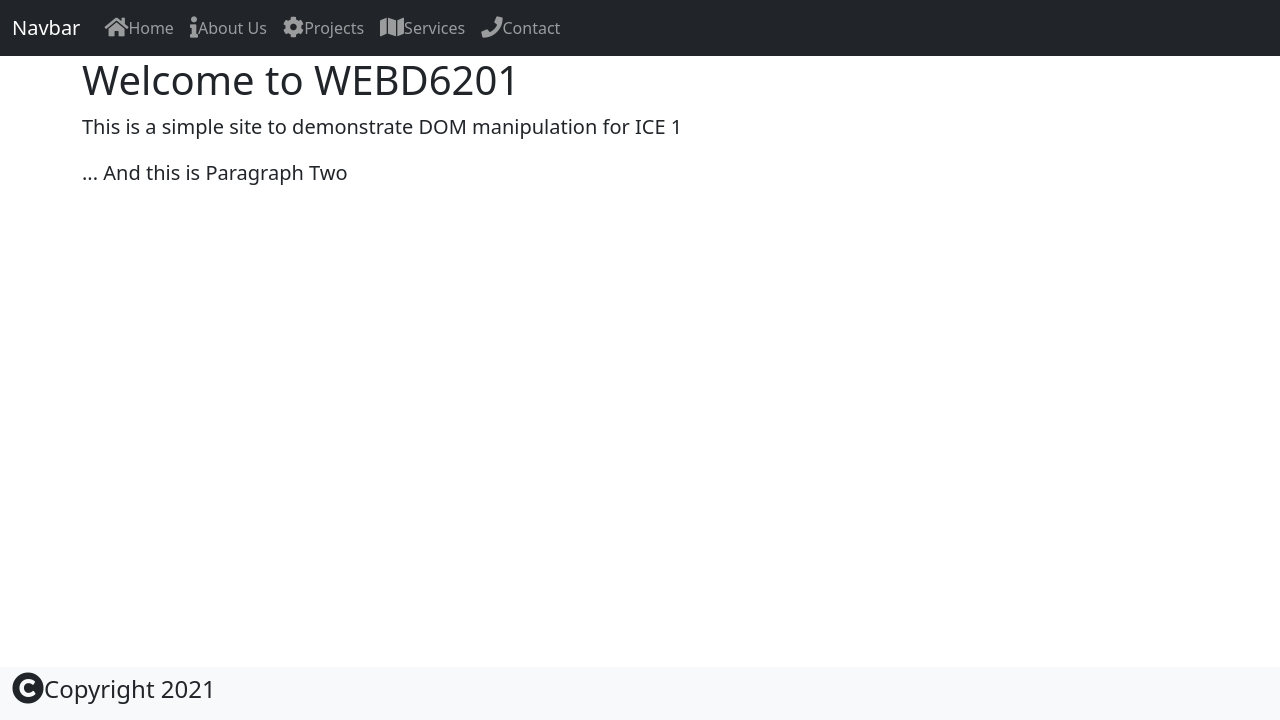
Repository: deividwsantoss/webd6201-W2021-ICE1
Page: Index.html
An editor plug-in stored every save of this project. The page is shown before and after the next save, followed by the edit.
The browser window is 1280 px wide. The pictures show the whole page.

Above is the page before, as saved 2021-02-02 11:04:02.

### Index.html
<!DOCTYPE html>
<html lang="en">
<head>
    <meta charset="UTF-8">
    <meta name="viewport" content="width=device-width, initial-scale=1.0">
    <title>WEBD6201 - W2021 - ICE 1</title>
</head>
<!-- CSS SECTION -->
<link rel="stylesheet" href="./node_modules/bootstrap/dist/css/bootstrap.min.css">
<link rel="stylesheet" href="./node_modules/@fortawesome/fontawesome-free/css/all.min.css">
<link rel="stylesheet" href="./Content/app.css">

<body>
    <header>
        <nav class="navbar navbar-expand-lg navbar-dark bg-dark">
            <div class="container-fluid">
              <a class="navbar-brand" href="#">Navbar</a>
              <button class="navbar-toggler" type="button" data-bs-toggle="collapse" data-bs-target="#navbarSupportedContent" aria-controls="navbarSupportedContent" aria-expanded="false" aria-label="Toggle navigation">
                <span class="navbar-toggler-icon"></span>
              </button>
              <div class="collapse navbar-collapse" id="navbarSupportedContent">
                <ul class="navbar-nav me-auto mb-2 mb-lg-0">
                  <li class="nav-item">
                    <a class="nav-link" aria-current="page" href="#"><i class="fas fa-home fa-lg"></i>Home</a>
                  </li>
                  <li class="nav-item">
                    <a class="nav-link" aria-current="page" href="#"><i class="fas fa-info fa-lg"></i>About Us</a>
                  </li>
                  <li class="nav-item">
                    <a class="nav-link" aria-current="page" href="#"><i class="fas fa-cog fa-lg"></i>Projects</a>
                  </li>
                  <li class="nav-item">
                    <a class="nav-link" aria-current="page" href="#"><i class="fas fa-map fa-lg"></i>Services</a>
                  </li>
                  <li class="nav-item">
                    <a class="nav-link" aria-current="page" href="#"><i class="fas fa-phone fa-lg"></i>Contact</a>
                  </li>

                </ul>

              </div>
            </div>
          </nav>
    </header>
    <main class="container">

        <h1>Welcome to WEBD6201 </h1>
        <p id="paragraphOne"> </p>
    </main>

    <footer>
        <nav class="navbar fixed-bottom navbar-light bg-light">
            <div class="container-fluid">
                <h4><i class="fas fa-copyright fa-lg"></i>Copyright 2021 </h4>
            </div>
          </nav>

    </footer>
    <!-- Script Section-->
    <script src="./node_modules/jquery/dist/jquery.min.js"></script>
    <script src="./node_modules/bootstrap/dist/js/bootstrap.bundle.min.js"></script>
    <script src="./Scripts/app.js"></script>
</body>
</html>

### Scripts/app.js
/* Custom JavaScript goes here */


// IIFE -
//AKA - Anonymous self-excuting function

"use strict";

(function()
{


    function Start()
    {
        console.log("App Started...")

        let paragraphOneText = "This is a simple site to demonstrate DOM manipulation for ICE 1";
        let paragraphOneElement = document.getElementById("paragraphOne");

        //let paragraphOneParagraph = document.getElementsByTagName("p")[0];
        //let paragraphOneQuery = document.querySelector("p");
        //let paragraphOneQuerys = document.querySelectorAll("p")[0];

        paragraphOneElement.textContent = paragraphOneText;
        paragraphOneElement.className = "fs-5";

        //Step 1. document.createElement
        let newParagraph = document.createElement("p");
        //configure the element
        newParagraph.setAttribute("id", "paragraphTwo");
        newParagraph.textContent = "... And this is Paragraph Two";
        //step 3. Select the parent element
        let mainContent = document.getElementsByTagName("main")[0];
        //step 4. Add / Insert the element
        mainContent.appendChild(newParagraph);

        newParagraph.className = "fs-5";



    }
    window.addEventListener("load", Start);


})();

Loaded but not shown: node_modules/bootstrap/dist/css/bootstrap.min.css (library); node_modules/@fortawesome/fontawesome-free/css/all.min.css (library); node_modules/jquery/dist/jquery.min.js (library); node_modules/bootstrap/dist/js/bootstrap.bundle.min.js (library); Content/app.css (no stored copy; drawn as an empty file)

After the next save:
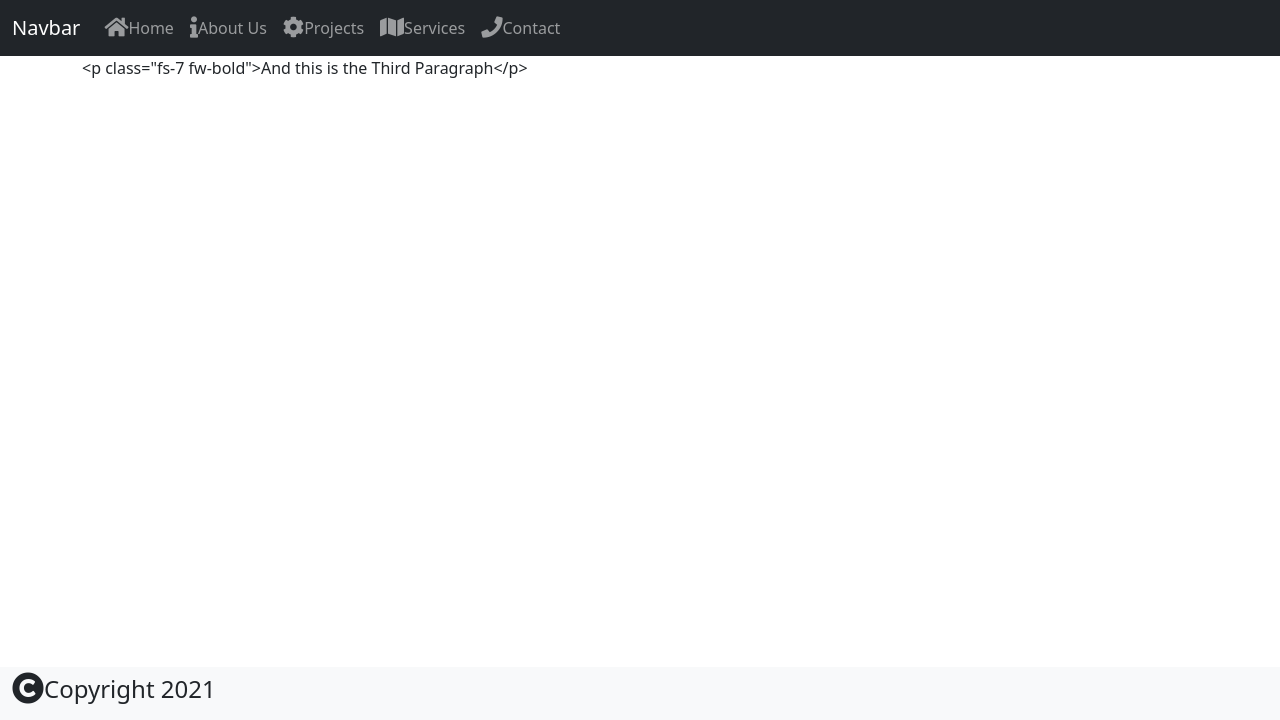
Saved 3 min 19 s later.
--- a/Scripts/app.js
+++ b/Scripts/app.js
@@ -36,6 +36,10 @@
 
         newParagraph.className = "fs-5";
 
+        //Another way to insert
+        let paragraphThree = `<p class="fs-7 fw-bold">And this is the Third Paragraph</p>`
+        mainContent.textContent = paragraphThree;
+
 
 
     }
